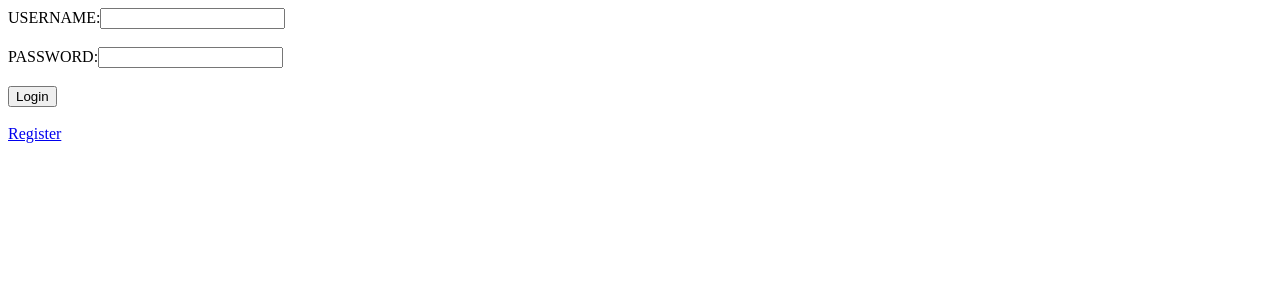
Repository: Ranjithamshivamatta/Java
Page: LoginRegistration1/WebContent/Login.html
An editor plug-in stored every save of this project. The page is shown before and after the next save, followed by the edit.
The browser window is 1280 px wide. The pictures show the whole page.

Above is the page before, as saved 2019-04-25 13:43:08.

### LoginRegistration1/WebContent/Login.html
<!DOCTYPE html>
<html>
<head>
<meta charset="ISO-8859-1">
<title>Insert title here</title>
</head>
<body>
<form method="post" action="Login">
		USERNAME:<input type="text" name="username" /><br /><br />
		PASSWORD:<input type="password" name="password" /><br />
		<br /> <input type="submit" value="Login" /><br />
		<br /> <a href="Register.html">Register</a>
	</form>
</body>
</html>

After the next save:
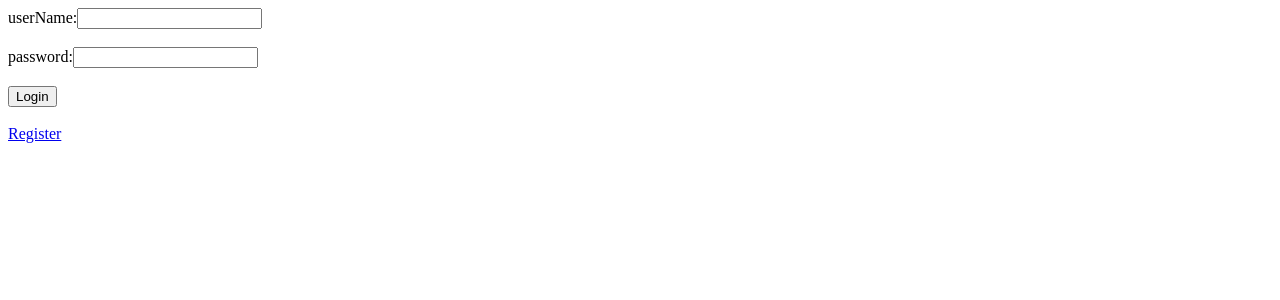
Saved 42 s later.
--- a/LoginRegistration1/WebContent/Login.html
+++ b/LoginRegistration1/WebContent/Login.html
@@ -6,8 +6,8 @@
 </head>
 <body>
 <form method="post" action="Login">
-		USERNAME:<input type="text" name="username" /><br /><br />
-		PASSWORD:<input type="password" name="password" /><br />
+		userName:<input type="text" name="username" /><br /><br />
+		password:<input type="password" name="password" /><br />
 		<br /> <input type="submit" value="Login" /><br />
 		<br /> <a href="Register.html">Register</a>
 	</form>
